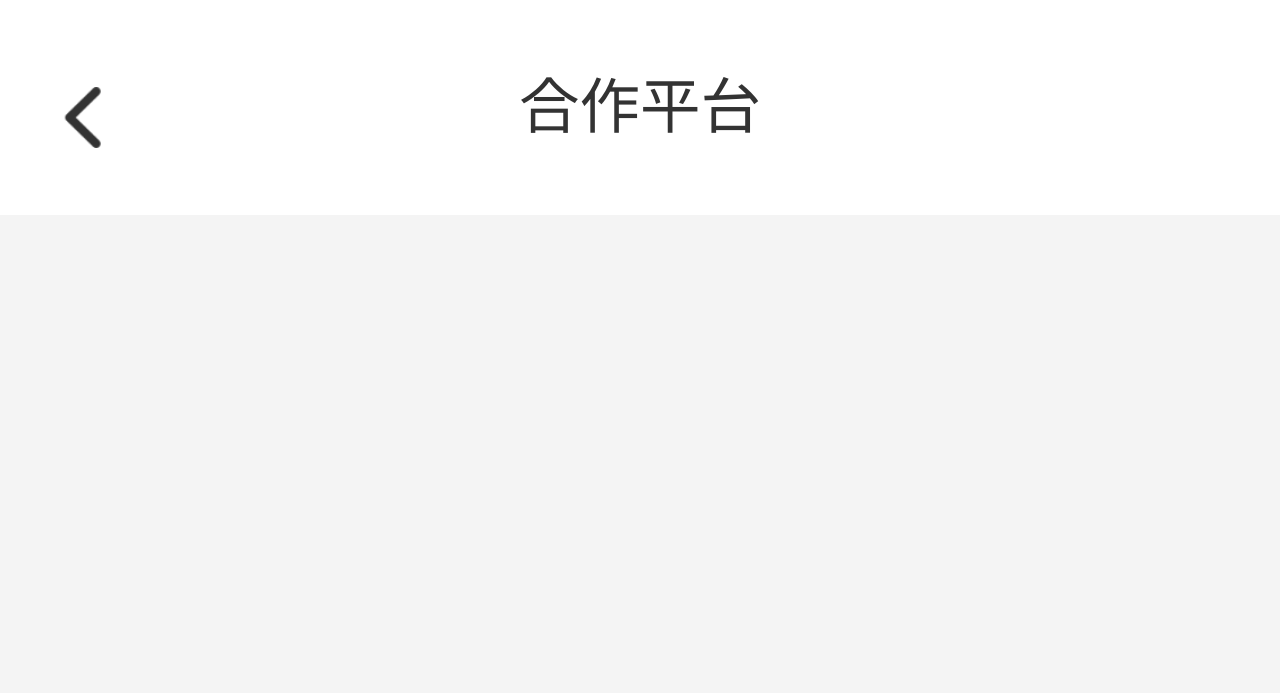
Repository: GgoodBoy/js-object
Page: jquery懒加载/platObj/platForm.html
These files come from the project's save history. The page is drawn as it stood at one moment and after the next save; the edit follows.
The browser window is 1280 px wide. The pictures show the whole page.
An inner scrolling area shows only its first screen. Some web libraries are served in a nearby version.

Above is the page before, as saved 2019-10-15 15:41:15.

### jquery懒加载/platObj/platForm.html
<!DOCTYPE html PUBLIC "-//WAPFORUM//DTD XHTML Mobile 1.0//EN" "http://www.wapforum.org/DTD/xhtml-mobile10.dtd">
<html>
<head>
  <meta charset="utf-8">
  <meta name="viewport" content="width=device-width,initial-scale=1.0,maximum-scale=1.0,minimum=1.0,user-scalable=no">
  <meta name="format-detection" content="telephone=no, email=no">
  <meta name="apple-mobile-web-app-capable" content="yes">
  <meta http-equiv="Content-Security-Policy" content="script-src 'self' *.alicdn.com *.qq.com *.wx.qq.com *.7moor.com * *.youfushuyuan.com *.xueguoxue.com *.sohu.com 'unsafe-inline' 'unsafe-eval'">

</head>

<body>
  <div id="platFormId">
    <div class="titleNav">
        <img class="imgInf" src="./img/returnImg.png"/>
        合作平台
    </div>
    <div class="platList">
        <ul></ul>
    </div>
  </div>
</body>
<script src="http://libs.baidu.com/jquery/2.0.0/jquery.min.js"></script>
<script>
!(function(doc, win) {
    var docEle = doc.documentElement,
        evt = "onorientationchange" in window ? "orientationchange" : "resize",
        fn = function() {
            var width = docEle.clientWidth;
            width && (docEle.style.fontSize = Math.ceil(42 * (width / 320)) + "px");
        };
    win.addEventListener(evt, fn, false);
    doc.addEventListener("DOMContentLoaded", fn, false);

}(document, window));
</script>
<script>
    $(function(){
        $(".imgInf").click(function(){
            window.history.back(-1);
        });


        var JSON = [1,2,3,4,5,5,6,77,,8,9,2,3,4,5,5,6,77,,8,9,2,3,4,5,5,6,77,,8,9];
        var parentsDom = $(".platList ul");
        var imgListAjax = ()=>{
            $.each(JSON,function(index,data){
                parentsDom.append(`
                <li>
                    <img data-original="${data}" srv="./img/longs.gif" />
                </li>
                `)
            });
        }
        imgListAjax();
    });
</script>
<style>
html{
    -ms-text-size-adjust: 100%;
    -webkit-text-size-adjust: 100%;
    background: 0 0;
    color: #000;
    -moz-user-select: none;
    -khtml-user-select: none;
    user-select: none;
    width: 100%;
    height: 100%;
}
body{
    width: 100%;
    height: 100%;
    margin: 0;
}
#platFormId{
    background: #F4F4F4;
    overflow: hidden;
}
#platFormId .titleNav{
    text-align: center;
    width: 100%;
    height: 1.28rem;
    font-size: 0.36rem;
    line-height: 1.28rem;
    color: #333333;
    background: #fff;
    position: relative;
}
#platFormId .titleNav .imgInf{
    position: absolute;
    left: 0.3rem;
    width: 0.36rem;
    bottom: 0.4rem;
}
#platFormId .platList{
    height: calc(100vh - 1.28rem);
    overflow: scroll;
}
#platFormId .platList ul{
    zoom: 1;
    overflow: inherit;
}
#platFormId .platList ul li{
    float: left;
    width: 45%;
    margin-left: 5%;
    list-style: none;
}
#platFormId .platList ul li img{
    width: 100%;
}
</style>
</html>

After the next save:
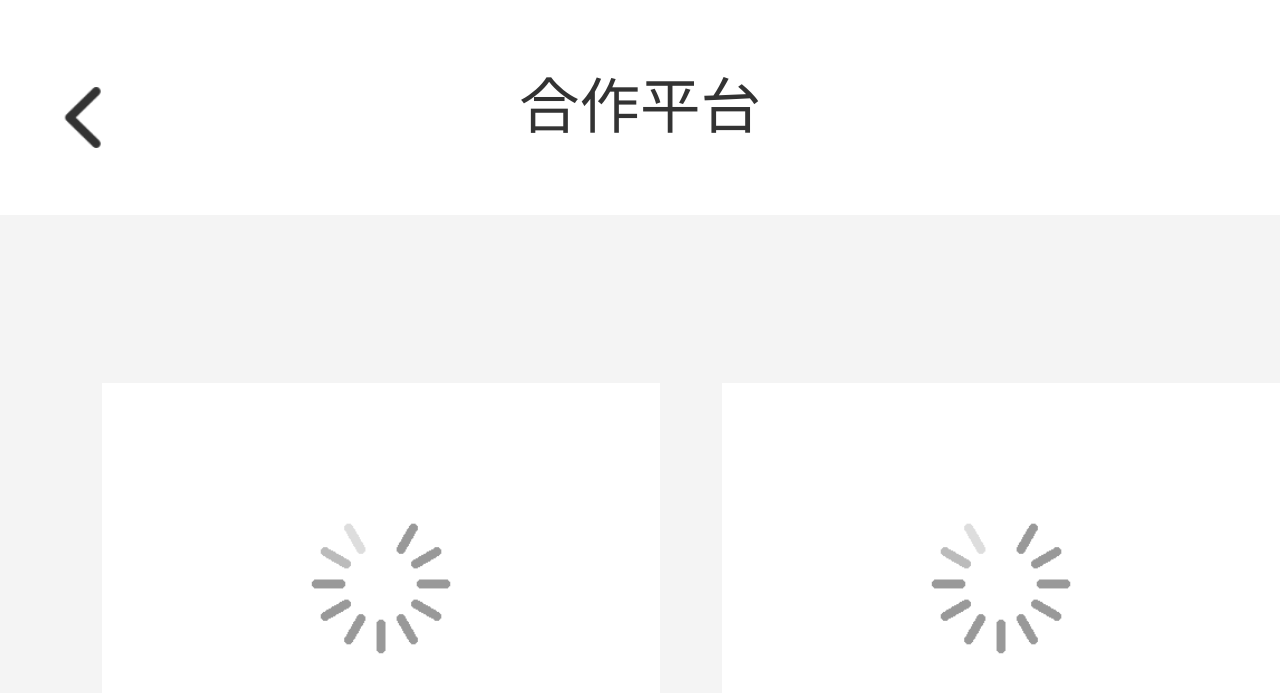
Saved 42 s later.
--- a/jquery懒加载/platObj/platForm.html
+++ b/jquery懒加载/platObj/platForm.html
@@ -47,7 +47,7 @@
             $.each(JSON,function(index,data){
                 parentsDom.append(`
                 <li>
-                    <img data-original="${data}" srv="./img/longs.gif" />
+                    <img data-original="${data}" src="./img/longs.gif" />
                 </li>
                 `)
             });
